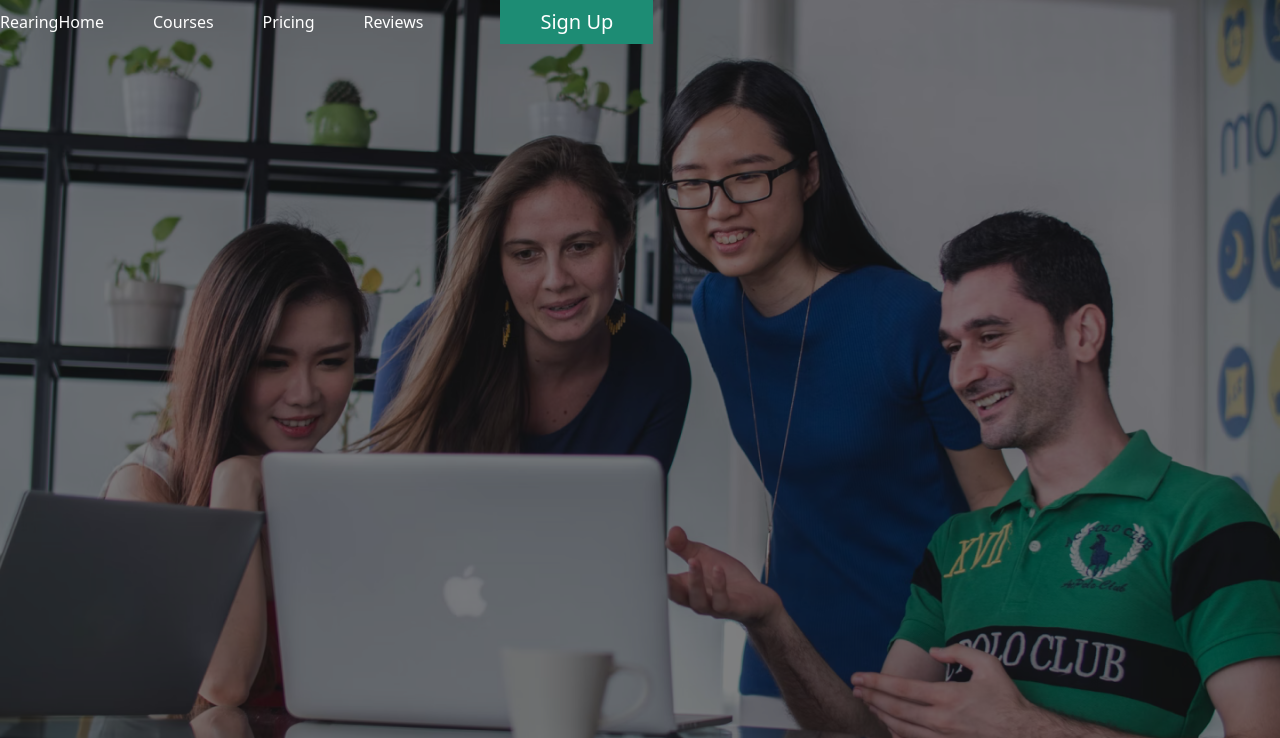
Repository: vandangnhathung/educationplatform
Page: /
The author's editor kept a copy of each file at every save. The page is drawn from the files as they stood at one save, then again after the next save.
The browser window is 1280 px wide. The pictures show the whole page.
The project was rebuilt for these pictures with package versions that can differ from the ones it lists, and the page was loaded fresh each time.

Above is the page before, as saved 2022-06-20 14:33:53.

### src/index.js
import React from "react";
import ReactDOM from "react-dom/client";
import App from "./App";
import reportWebVitals from "./reportWebVitals";
import "./index.css";
const root = ReactDOM.createRoot(document.getElementById("root"));
root.render(
  <React.StrictMode>
    <App />
  </React.StrictMode>
);

// If you want to start measuring performance in your app, pass a function
// to log results (for example: reportWebVitals(console.log))
// or send to an analytics endpoint. Learn more: https://bit.ly/CRA-vitals
reportWebVitals();

### src/App.js
import Header from "./components/Header";

function App() {
  return (
    <>
      <Header></Header>
    </>
  );
}

export default App;

### src/index.css
@tailwind base;
@tailwind components;
@tailwind utilities;

*,
*::before,
*::after {
  box-sizing: border-box;
}
* {
  margin: 0;
  padding: 0;
}

html,
body {
  height: 100%;
}
body {
  line-height: 1.5;
}

img,
picture,
video,
canvas,
svg {
  display: block;
  max-width: 100%;
}
input,
button,
textarea,
select {
  font: inherit;
  outline: none;
}
p,
h1,
h2,
h3,
h4,
h5,
h6 {
  overflow-wrap: break-word;
}

.container {
    max-width: 1440px;
    margin: 0 auto;
}

### src/components/Header.js
import React, { useEffect } from "react";
import headerImg from "../images/Images.png";
const Header = () => {
  const headerNav = [
    {
      id: 1,
      title: "Home",
    },
    {
      id: 2,
      title: "Courses",
    },
    {
      id: 3,
      title: "Pricing",
    },
    {
      id: 4,
      title: "Reviews",
    },
  ];
  return (
    <header>
      <div className="relative">
        <img src={headerImg} alt="header_img" className="w-full" />
        <div className="absolute inset-0 bg-black opacity-50"></div>
        <div class="container">
          <div className="absolute top-0 text-white flex items-center justify-center">
            <div className="">Rearing</div>
            <div className="flex items-center justify-center">
              <nav className="mr-[77px]">
                <ul className="flex items-center justify-center gap-x-[49px] ">
                  {headerNav.map((item) => (
                    <li key={item.id}>{item.title}</li>
                  ))}
                </ul>
              </nav>
              <button className="py-2 px-10 bg-[#1D8C74] text-white text-xl ">
                Sign Up
              </button>
            </div>
          </div>
        </div>
      </div>
    </header>
  );
};

export default Header;

Loaded but not shown: public/index.html (common file); src/reportWebVitals.js (common file); tailwind.config.js (common file)

After the next save:
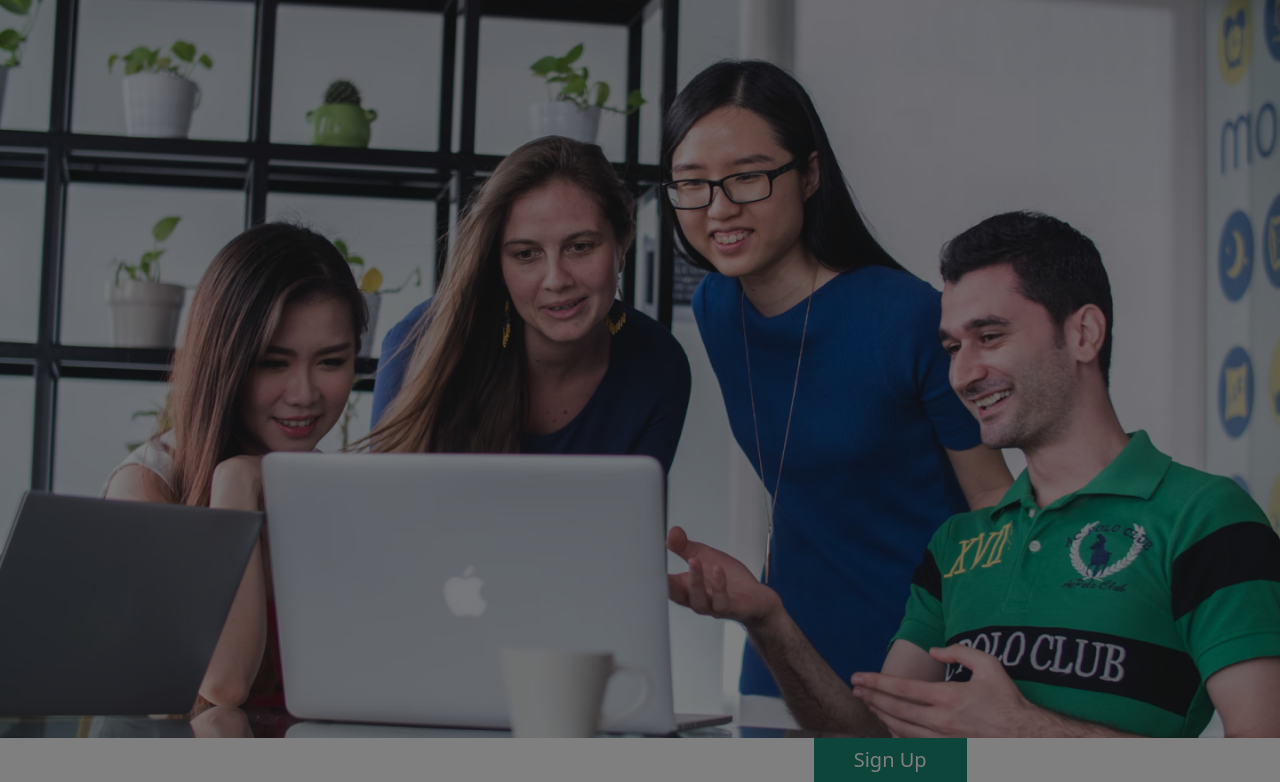
Saved 15 s later.
--- a/src/components/Header.js
+++ b/src/components/Header.js
@@ -25,7 +25,7 @@ const Header = () => {
         <img src={headerImg} alt="header_img" className="w-full" />
         <div className="absolute inset-0 bg-black opacity-50"></div>
         <div class="container">
-          <div className="absolute top-0 text-white flex items-center justify-center">
+          <div className=" top-0 text-white flex items-center justify-center">
             <div className="">Rearing</div>
             <div className="flex items-center justify-center">
               <nav className="mr-[77px]">
